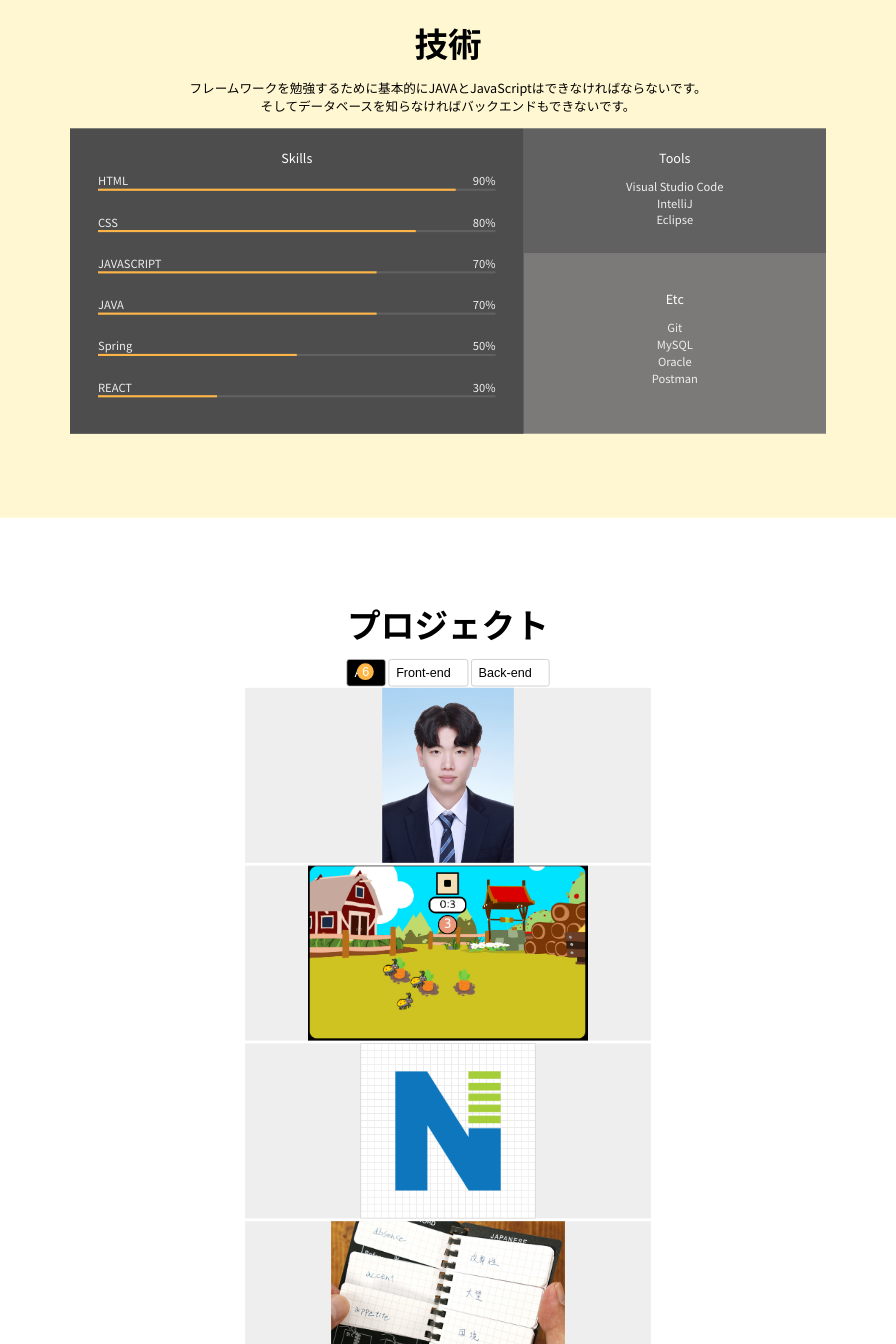
Repository: N1C0N1C0/website_introduction
Page: index.html
The author's editor kept a copy of each file at every save. The page is drawn from the files as they stood at one save, then again after the next save.
The browser window is 1280 px wide. The pictures show the part of the page from y = 1722 to 3642 px (the page is 4848 px tall), at 70% of full size.
Some web libraries are served in a nearby version.

Above is the page before, as saved 2023-08-31 15:30:17.

### index.html
<!DOCTYPE html>
<html lang="en">
  <head>
    <meta charset="UTF-8" />
    <meta name="viewport" content="width=device-width, initial-scale=1.0" />
    <title>自己紹介</title>
    <meta
      name="description"
      content="Portfolio for engineer KimJeongmin"
    />
    <meta name="author" content="Kim" />
    <link rel="icon" type="image/icon" href="imgs/file-pdf-solid.svg" />
    <script src="https://kit.fontawesome.com/04742e9fab.js" crossorigin="anonymous"></script>
    <link href="https://fonts.googleapis.com/css2?family=Noto+Sans+JP:wght@300;400;500&display=swap" rel="stylesheet">

    <link rel="stylesheet" href="style.css" />
    <script src="main.js" defer></script>
  </head>
  <body>
    <!-- Navbar -->
    <nav id="navbar">
      <div class="navbar__logo">
        <i class="fa-regular fa-face-smile"></i>
        <a href="#">キムジョンミン</a>
      </div>
        <ul class="navbar__menu">
          <li class="navbar__menu__item active" data-link="#home">ホーム</li>
          <li class="navbar__menu__item" data-link="#about">紹介</li>
          <li class="navbar__menu__item" data-link="#skills">技術</li>
          <li class="navbar__menu__item" data-link="#work">プロジェクト</li>
          <li class="navbar__menu__item" data-link="#contact">連絡</li>
        </ul>

      <!-- Toggle button -->
      <button class="navbar__toggle-btn">
        <i class="fa-solid fa-bars"></i>
      </button>
    </nav>

    <!-- Home -->
    <section id="home">
      <div class="home__container">
      <img src="imgs/kimu.jpg" alt="Anzang" class="home__avatar" />
      <h1 class="home__title">ようこそ <br />キムジョンミンと申します。</h1>
      <h2 class="home__description">
        今は株式会社SISに内定者です。
      </h2>
      <button class="home__contact">連絡しましょう</button>
    </div>
    </section>
    <!-- About -->
    <section id="about" class="section" class="section__container">
      <h1>自己紹介</h1>
      <p>
        初めまして、2022年9月からITの方を勉強しています。<br>
        研修院ではJAVAのみ習ってからあまりは独学で本とネット講義から見て勉強しています。<br>
        最近はspringとreactというフレームワークに関して学んでいます。
      <div class="about__majors">
        <div class="major">
          <div class="major__icon">
            <i class="fa-solid fa-desktop"></i>
          </div>
          <h2 class="major__title">Front-end</h2>
          <div class="major__description">
            HTML, CSS, JavaScript
            <br />React
          </div>
        </div>
        <div class="major">
          <div class="major__icon">
            <i class="fa-solid fa-database"></i>
          </div>
          <h2 class="major__title">Back-end</h2>
          <div class="major__description">
            Java, JavaScript
            <br />
            Spring
          </div>
        </div>
      </div>
      <div class="about__jobs">
        <div class="job">
          <img src="imgs/sis_image.png" alt="sis" class="job__logo" style="width: 100px; height: 70px;"/>
          <div class="job_description">
            <p class="job__name">
              現在、株式会社SISの内定者
            </p>
            <p class="job__period">2023 SIS - From now on</p>
          </div>
        </div>
      </div>
    </section>

    <!-- Skills -->
    <section id="skills" class="section">
      <div class="section__container">
      <h1>技術</h1>
      <p>
        フレームワークを勉強するために基本的にJAVAとJavaScriptはできなければならないです。<br>
        そしてデータベースを知らなければバックエンドもできないです。
      </p>
      <div class="skillset">
        <div class="skillset__left">
          <h3 class="skillset__title">Skills</h3>
          <div class="skill">
            <div class="skill__description">
              <span>HTML</span>
              <span>90%</span>
            </div>
            <div class="skill__bar">
              <div class="skill__value" style="width: 90%;"></div>
            </div>
          </div>
          <div class="skill">
            <div class="skill__description">
              <span>CSS</span>
              <span>80%</span>
            </div>
            <div class="skill__bar">
              <div class="skill__value" style="width: 80%;"></div>
            </div>
          </div>
          <div class="skill">
            <div class="skill__description">
              <span>JAVASCRIPT</span>
              <span>70%</span>
            </div>
            <div class="skill__bar">
              <div class="skill__value" style="width: 70%;"></div>
            </div>
          </div>
          <div class="skill">
            <div class="skill__description">
              <span>JAVA</span>
              <span>70%</span>
            </div>
            <div class="skill__bar">
              <div class="skill__value" style="width: 70%;"></div>
            </div>
          </div>
          <div class="skill">
            <div class="skill__description">
              <span>Spring</span>
              <span>50%</span>
            </div>
            <div class="skill__bar">
              <div class="skill__value" style="width: 50%;"></div>
            </div>
          </div>
          <div class="skill">
            <div class="skill__description">
              <span>REACT</span>
              <span>30%</span>
            </div>
            <div class="skill__bar">
              <div class="skill__value" style="width: 30%;"></div>
            </div>
          </div>
        </div>
        <div class="skillset__right">
          <div class="tools">
            <h3 class="skillset__title">Tools</h3>
            <ul class="tools__list">
              <li><span>Visual Studio Code</span></li>
              <li><span>IntelliJ</span></li>
              <li><span>Eclipse</span></li>
            </ul>
          </div>
          <br>
          <div class="etc">
            <h3 class="skillset__title">Etc</h3>
            <ul class="ect__list">
              <li><span>Git</span></li>
              <li><span>MySQL</span></li>
              <li><span>Oracle</span></li>
              <li><span>Postman</span></li>
            </ul>
          </div>
        </div>
      </div>
    </div>
    </section>
    <!-- Work -->
    <section id="work" class="section">
      <div class="section__container">
      <h1>プロジェクト</h1>
      <div class="work__categories">
        <button class="category__btn selected" data-filter="*">
          All<span class="category__count">6</span>
        </button>
        <button class="category__btn" data-filter="front-end">
          Front-end<span class="category__count">2</span>
        </button>
        <button class="category__btn" data-filter="back-end">
          Back-end<span class="category__count">4</span>
        </button>
      </div>

      <div class="work__projects">
        <a
          href="https://www.youtube.com/@dream-coding"
          class="project"
          target="_blank"
          data-type="front-end"
        >
          <img
            src="imgs/kimu.jpg"
            alt="kimu"
            class="project__img"
          />
          <div class="project__description">
            <h3>自己紹介</h3>
            <span>このウェブサイトを参考にして作ってもいいです。</span>
          </div>
        </a>
        <a
          href="https://github.com/N1C0N1C0/mini_game"
          class="project"
          target="_blank"
          data-type="front-end"
        >
          <img
            src="imgs/mini_game_image.png"
            alt="mini_game"
            class="project__img"
          />
          <div class="project__description">
            <h3>ミニゲーム</h3>
            <span>虫(🐝)を避けてニンジン(🥕)をすべてクリックしたら勝利！</span>
          </div>
        </a>
        <a
          href="https://github.com/N1C0N1C0/JSP-HRD0620"
          class="project"
          target="_blank"
          data-type="back-end"
        >
          <img
            src="imgs/ncs_image.gif"
            alt="Ncs"
            class="project__img"
          />
          <div class="project__description">
            <h3>NCS試験(JSP)</h3>
            <span>情報処理産業技師を取るために何も参考しなくて掲示板を作ることができます。</span>
          </div>
        </a>
        <a
          href="https://github.com/N1C0N1C0/jsp_wordBook"
          class="project"
          target="_blank"
          data-type="back-end"
        >
          <img
            src="imgs/woodbook_image.png"
            alt="Woodbook"
            class="project__img"
          />
          <div class="project__description">
            <h3>Wordbook(JSP)</h3>
            <span>覚えたい単語があったらすぐに登録してから後で読めます。</span>
          </div>
        </a>
        <a
          href="https://github.com/N1C0N1C0/naver_api_search"
          class="project"
          target="_blank"
          data-type="back-end"
        >
          <img
            src="imgs/naver_api_image.jpeg"
            alt="naver_api"
            class="project__img"
          />
          <div class="project__description">
            <h3>Naver API 検索機能</h3>
            <span>Naverから検索機能を利用して食店の情報が出ます。</span>
          </div>
        </a>
        <a
          href="https://github.com/N1C0N1C0/spring_shop"
          class="project"
          target="_blank"
          data-type="back-end"
        >
          <img
            src="imgs/shop_image.jpeg"
            alt="shop"
            class="project__img"
          />
          <div class="project__description">
            <h3>服屋</h3>
            <span>Spring Bootのいろんな機能を利用してウェーブショッピングモールです。</span>
          </div>
        </a>
      </div>
      </div>
    </section>
    <!-- Contact -->
    <section id="contact" class="section">
      <h1 class="contact__title">話しましょう！</h1>
      <h2 class="contact__email">dothd8775@gmail.com</h2>
      <div class="contact__links">
        <a href="https://github.com/N1C0N1C0" target="_blank">
          <i class="fa-brands fa-github"></i>
        </a>
        <a href="https://github.com/N1C0N1C0" target="_blank">
          <i class="fa-brands fa-square-git"></i>
        </a>
      </div>
      <p class="contact__rights">
        2023 個人プロジェクト - All rights reserved
      </p>
    </section>

    <!-- Arrow up -->
    <button class="arrow__up">
      <i class="fa-solid fa-arrow-up"></i>
    </button>
  </body>
</html>

### style.css
/* Global */
:root {
    /* Color */
    --color-white: #fff;
    --color-light-white: #eee;
    --color-dark-white: #bdbdbd;
    --color-pink: #fe918d;
    --color-dark-pink: #ff6863;
    --color-black: #4d4d4d;
    --color-dark-grey: #4d4d4d;
    --color-grey: #616161;
    --color-light-grey: #7c7979;
    --color-blue: #73aace;
    --color-yellow: #fff7d1;
    --color-orange: #feb546;
    --color-black: #000;

    /* Font size */
    --font-large: 48px;
    --font-medium: 28px;
    --font-regular: 18px;
    --font-small: 16px;
    --font-micro: 14px;

    /* Font weight */
    --weight-bold: 700;
    --weight-semi-bold: 600;
    --weight-regular: 400;

    /* Size */
    --size-border-radius: 4px;

    /* Animation */
    --animation-duration: 300ms;
}

/* Universal tags */
* {
    box-sizing: border-box;
}

body {
    font-family: 'Noto Sans JP', sans-serif;
    margin: 0;
    cursor: default;
}

a {
    text-decoration: none;
    color: var(--color-white);
}

ul {
    list-style: none;
    padding-left: 0;
}

button {
    background-color: transparent;
    cursor: pointer;
    border: none;
    outline: none;
    padding: 0;
}

/* Typography */
h1 {
    font-size: var(--font-large);
    font-weight: var(--weight-bold);
    color: var(--color-black);
    margin: 16px 0;
}

h2 {
    font-size: var(--font-medium);
    font-weight: var(--weight-semi-bold);
    color: var(--color-black);
    margin: 8px 0;
}

h3 {
    font-size: var(--font-regular);
    font-weight: var(--weight-regular);
    color: var(--color-black);
    margin: 8px 0;
}

p {
    font-size: var(--font-regular);
    font-weight: var(--weight-regular);
    color: var(--color-black);
    margin: 4px 0;
}

/* Navbar */
#navbar {
    position: fixed;
    width: 100%;
    display: flex;
    justify-content: space-between;
    background-color: transparent;
    align-items: center;
    color: var(--color-white);
    padding: 16px;
    transition: all var(--animation-duration) ease-in-out;
    z-index: 1;
}

#navbar.navbar--dark {
    background-color: var(--color-black);
    padding: 16px;

}

.navbar__menu {
    display: flex;
}

.navbar__logo {
    font-size: var(--font-medium);
    font-weight: var(--weight-semi-bold);
}

.navbar__menu__item {
    padding: 8px 12px;
    margin: 0 4px;
    cursor: pointer;
    color: var(--color-white);
    border: 1px solid transparent;
    border-radius: var(--size-border-radius);
}

.navbar__menu__item.active {
    border: 1px solid var(--color-white);
}

.navbar__menu__item:hover {
    border-color: var(--color-white);
    background-attachment: var(--color-dark-grey);
}

.navbar__toggle-btn {
    position: absolute;
    top: 20px;
    right: 32px;
    font-size: 24px;
    color: var(--color-white);
    display: none;
}

/* Home */
#home {
    background-color: var(--color-black);
    padding: 40px;
    padding-top: 120px;
    text-align: center;
}

.home__avatar {
    width: 250px;
    height: 250px;
    border-radius: 50%;
    border: 2px solid var(--color-light-white);
}

.home__title,
.home__description {
    color: var(--color-white);
}

.home__contact {
    color: var(--color-white);
    font-size: var(--font-regular);
    font-weight: var(--weight-bold);
    margin: 24px;
    padding: 8px 12px;
    border: 2px solid var(--color-white);
    border-radius: var(--size-border-radius);
}

.home__contact:hover {
    background-color: var(--color-orange);
}

/* Section common */
.section {
    padding: 100px;
    text-align: center;
    margin: auto;
}

.section__container {
    max-width: 1200px;
    margin: auto;
}

/* About */
.about__majors {
    display: flex;
    justify-content: space-around;
    margin: 80px 0;
}

.major__icon {
    width: 170px;
    height: 170px;
    line-height: 170px;
    font-size: 70px;
    margin: auto;
    color: var(--color-blue);
    border: 1px solid var(--color-blue);
    border-radius: 50%;
    margin-bottom: 16px;
}
.major__icon i {
    transition: all var(--animation-duration) ease;
}
.major__icon:hover i {
    color: var(--color-pink);
    transform: rotate(-45deg) scale(1.1);
}
.major__title, .major__description {
    color: var(--color-dark-grey);
}

.major__description {
    font-size: var(--font-small);
}

.job {
    display: flex;
    align-items: center;
    margin-bottom: 10px;
}

.job_description {
    margin: 0 16px;
    text-align: left;
}

.job__name,
.job__period {
    color: var(--color-light-grey);
}

.job__name {
    font-size: var(font-small);
}

.job__period {
    font-size: var(--font-micro);
}

/* Skill */

#skills {
    background-color: var(--color-yellow);
}

.skillset {
    display: flex;
    background-color: var(--color-light-grey);
    color: var(--color-light-white);
    margin: 20px 0;
}

.skillset__title {
    color: var(--color-white);
}

.skill {
    margin-bottom: 32px;
}

.skill__description {
    display: flex;
    justify-content: space-between;
}

.skillset__left {
    flex-basis: 60%;
    background-color: var(--color-dark-grey);
    padding: 20px 40px;
}

.skill__bar {
    width: 100%;
    height: 3px;
    background-color: var(--color-grey);
}

.skill__value {
    height: 3px;
    background-color: var(--color-orange);
}

.skillset__right {
    flex-basis: 40%;
}

.tools {
    background-color: var(--color-grey);
}

.tools,
.etc {
    padding: 20px;
}

/* Work */

.work_categories {
    margin: 40px;
}

.category__btn {
    border: 1px solid var(--color-dark-white);
    border-radius: var(--size-border-radius);
    font-size: var(--font-regular);
    padding: 8px 24px 8px 10px;
    position: relative;
}

.category__btn.selected,
.category__btn:hover {
    background-color: var(--color-black);
    color: var(--color-white);
}

.category__btn.selected .category__count,
.category__btn:hover .category__count {
    opacity: 1;
}
.category__count {
    background-color: var(--color-orange);
    border-radius: 50%;
    color: var(--color-white);
    margin-left: 5px;
    width: 24px;
    height: 24px;
    line-height: 24px;
    display: inline-block;
    position: absolute;
    top: 5px;
    right: 16px;
    opacity: 0;
    transition: all var(--animation-duration) ease;
}

.work__projects {
    display: flex;
    flex-wrap: wrap;
    justify-content: center;
    opacity: 1;
    transition: all var(--animation-duration) ease-out;
}

.work__projects.anim-out {
    opacity: 0;
    transform: scale(0.96) translateY(40px);

}

.project {
    position: relative;
    display: flex;
    flex-direction: column;
    justify-content: center;
    width: 580px;
    height: 250px;
    margin: 2px;
    background-color: var(--color-light-white);
}

.project.invisible {
    display: none;
}

.project__img {
    max-width: 100%;
    max-height: 100%;
    align-self: center;
}

.project__description {
    position: absolute;
    background-color: black;
    display: flex;
    flex-direction: column;
    justify-content: center;
    width: 100%;
    height: 100%;
    top: 0;
    left: 0;
    opacity: 0;
    transform: translateY(15px);
    transition: all var(--animation-duration) ease-in;
}

.project:hover .project__description {
    opacity: 0.8;
    transform: translateY(0px);
}

.project__description h3 {
    color: var(--color-orange);
}

.project__description h3:after {
    content: '';
    display: block;
    position: relative;
    left: 50%;
    width: 50px;
    height: 2px;
    transform: translateX(-25%);
    margin-left: -12px;
    margin-top: 8px;
    background-color: var(--color-dark-white);
}



/* Contact */
#contact {
    background-color: var(--color-black);
}

.contact__title,
.contact__email,
.contact__rights {
    color: var(--color-white);
}

.contact__title {
    margin: 32px 0;
}

.contact__links {
    font-size: var(--font-large);
    margin: 24px 0;
}

.contact__links i:hover {
    transform: scale(1.1);
    color: var(--color-yellow);
    transition: all var(--animation-duration) ease-in;
}

/* Scroll */
.arrow__up {
    position: fixed;
    bottom: 50px;
    right: 50px;
    width: 70px;
    height: 70px;
    font-size: 50px;
    color: var(--color-white);
    background-color: var(--color-black);
    border-radius: 50%;
    opacity: 0;
    pointer-events: none;
    transition: all var(--animation-duration) ease-in;
}

.arrow__up.visible {
    opacity: 1;
    pointer-events: auto;
}

/* For below 768px screen width */
@media screen and (max-width: 768px) {
    :root {
        /* Font size */
        --font-large: 30px;
        --font-medium: 18px;
        --font-regular: 16px;
        --font-small: 14px;
        --font-micro: 12px;
    }

    .navbar__toggle-btn {
        display: block;
        top: 16px;
        right: 16px;
        font-size: var(--font-medium);
    }

    #navbar {
        flex-direction: column;
        align-items: flex-start;
        background-color: var(--color-black);
    }

    #navbar.navbar--dark {
        padding: 16px;
    }

    .navbar__menu {
        flex-direction: column;
        text-align: center;
        width: 100%;
        display: none;
    }

    .navbar__menu.open {
        display: block;
    }

    .section {
        padding: 16px;
        padding-top: 40px;
    }

    .about__majors {
        flex-direction: column;
        margin-top: 30px;
        margin-bottom: 0;
    }

    .major {
        margin-bottom: 30px;
    }

    .skillset {
        flex-direction: column;
    }

    .category__btn {
        margin: 4px 0;
    }

    .work__categories {
        display: flex;
        flex-direction: column;
        margin-bottom: 10px;
    }

    .project {
        flex-grow: 1;
    }

    .testimonial {
        flex-direction: column;
        align-items: center;
    }

    .testimonial__avatar {
        width: 120px;
        height: 120px;
    }

    .testimonial__avatar:nth-child(odd),
    .testimonial__avatar:nth-child(even) {
        margin: 0;
        margin-bottom: 8px;
    }

    .testimonial__speech-bubble {
        order: 1;
    }

    .arrow__up {
        width: 50px;
        height: 50px;
        font-size: 30px;
        right: 16px;
        bottom: 16px;
    }
}

Loaded but not shown: main.js (153 lines, source omitted)

After the next save:
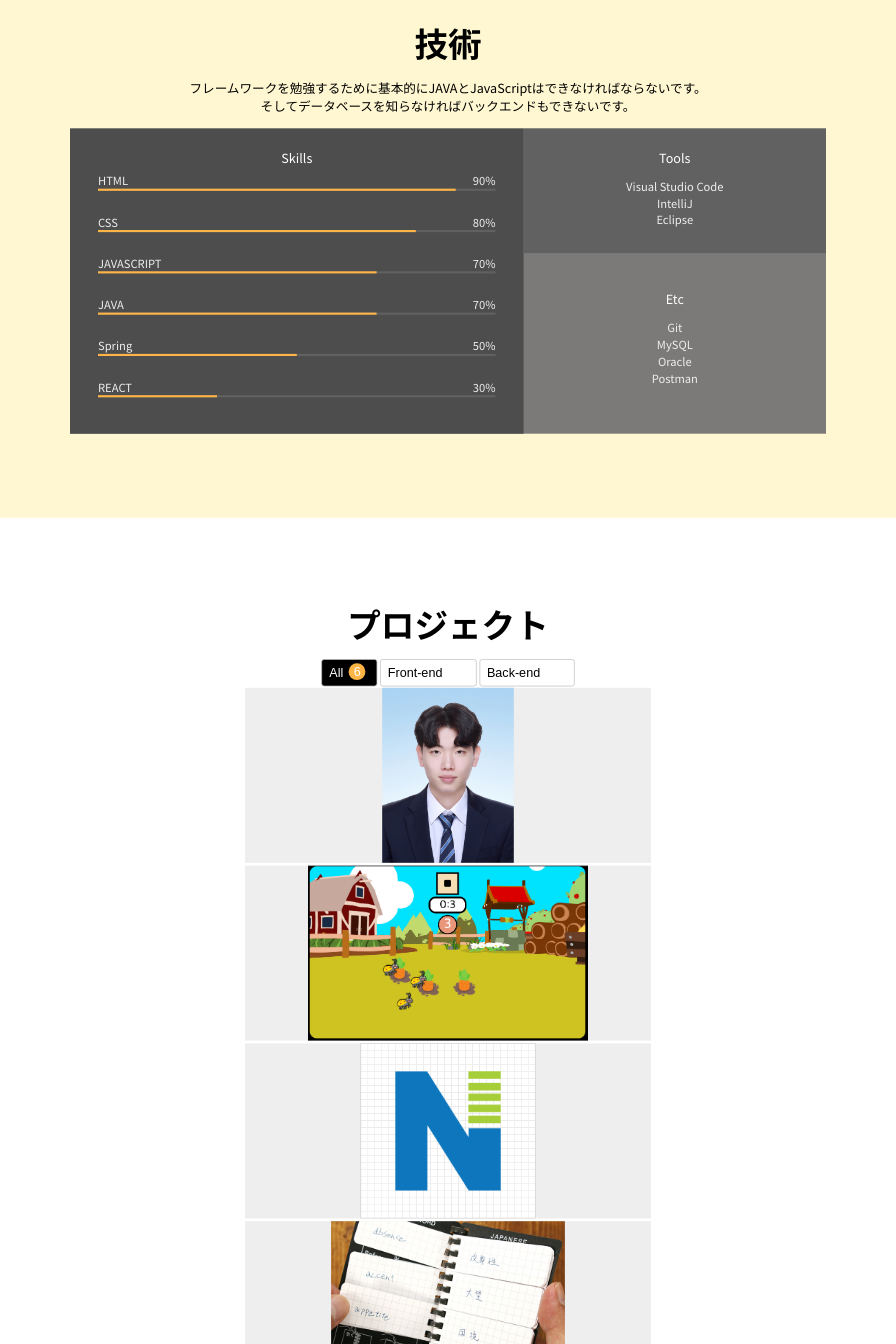
Saved 5 s later.
--- a/style.css
+++ b/style.css
@@ -317,7 +317,7 @@ p {
     border: 1px solid var(--color-dark-white);
     border-radius: var(--size-border-radius);
     font-size: var(--font-regular);
-    padding: 8px 24px 8px 10px;
+    padding: 8px 48px 8px 10px;
     position: relative;
 }
 
